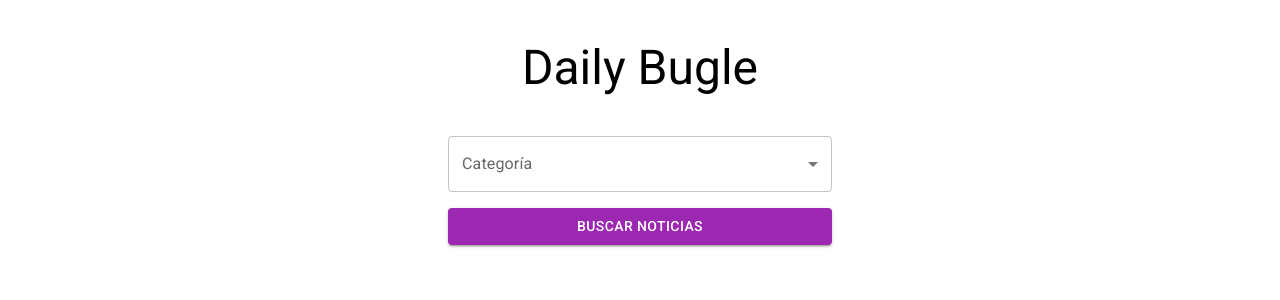
Repository: CarlosCamposRodriguez99/noticiasApp
Page: /
An editor plug-in stored every save of this project. The page is shown before and after the next save, followed by the edit.
The browser window is 1280 px wide. The pictures show the whole page.
Some web fonts or font styles are not loaded; a fallback is used. The project was rebuilt for these pictures with package versions that can differ from the ones it lists, and the page was loaded fresh each time. Also part of the build but not shown: vite.config.js.

Above is the page before, as saved 2022-06-07 19:46:22.

### index.html
<!DOCTYPE html>
<html lang="en">
  <head>
    <meta charset="UTF-8" />
    <link rel="icon" type="image/svg+xml" href="/src/favicon.svg" />
    <meta name="viewport" content="width=device-width, initial-scale=1.0" />
    <title>Buscador de Noticias</title>
    <link rel="preconnect" href="https://fonts.googleapis.com">
    <link rel="preconnect" href="https://fonts.gstatic.com" crossorigin>
    <link href="https://fonts.googleapis.com/css2?family=Joan&family=Roboto:wght@300;400;500;700&display=swap" rel="stylesheet">
  </head>
  <body>
    <div id="root"></div>
    <script type="module" src="/src/main.jsx"></script>
  </body>
</html>

### src/App.jsx
import { Container, Grid, Typography } from '@mui/material';
import Formulario from './components/Formulario';

function App() {

  return (
    <Container>
      <header>
        <Typography
          align="center"
          marginY={5}
          component='h1'
          variant='h3'
        >
          Daily Bugle
        </Typography>
      </header>

      <Grid
        container
        direction='row'
        justifyContent='center'
        alignItems='center'
      >
        <Grid item md={6} xs={12} lg={4}>
        <Formulario />

        </Grid>
      </Grid>

    </Container>
  )
}

export default App

### src/components/Formulario.jsx
import { FormControl, InputLabel, Select, MenuItem, Button, Box} from '@mui/material';

const CATEGORIAS = [
  { value: 'general', label: 'General'},
  { value: 'business', label: 'Negocios'},
  { value: 'entertainment', label: 'Entretenimiento'},
  { value: 'health', label: 'Salud'},
  { value: 'science', label: 'Ciencia'},
  { value: 'sports', label: 'Deportes'},
  { value: 'technology', label: 'Tecnología'},
]

const Formulario = () => {
  return (
    <form>
      <FormControl fullWidth>
        <InputLabel>Categoría</InputLabel>
        <Select
          label="categoria"
        >
          {CATEGORIAS.map(categoria => (
            <MenuItem
              key={categoria.value}
              value={categoria.value}
            >
              {categoria.label}
            </MenuItem>
          ))}

        </Select>

        <Box
          sx={{marginTop: 2}}
        >
          <Button
            fullWidth
            variant='contained'
            color='secondary'
          >
            Buscar Noticias
          </Button>
        </Box>

      </FormControl>
    </form>
  )
}

export default Formulario

Loaded but not shown: src/main.jsx (common file)

After the next save:
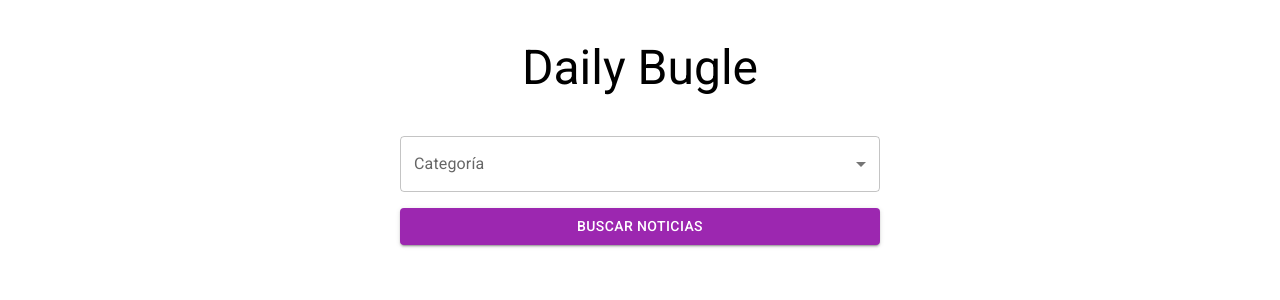
Saved 16 s later.
--- a/src/App.jsx
+++ b/src/App.jsx
@@ -22,7 +22,7 @@
         justifyContent='center'
         alignItems='center'
       >
-        <Grid item md={6} xs={12} lg={4}>
+        <Grid item md={6} xs={12} lg={5}>
         <Formulario />
 
         </Grid>
